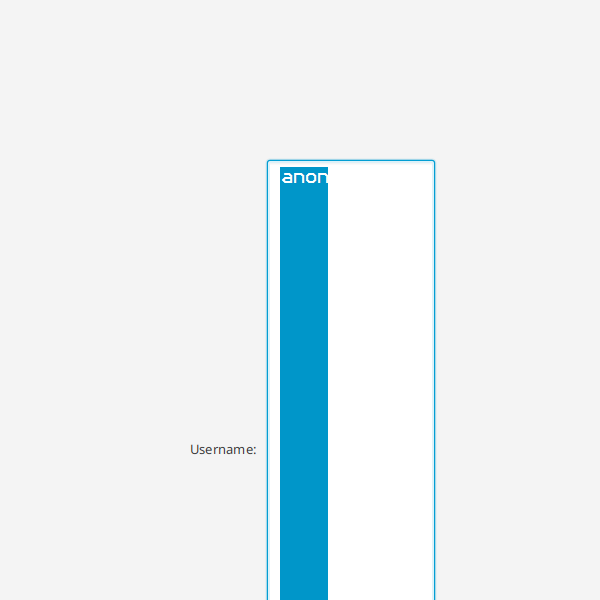
Repository: silic4-ivey/River
Program's window: java RiverClient/src/Main.java
An editor plug-in stored every save of this project. The program's window is shown before and after a run of saves, followed by the edit.
It runs on Java 21 on a 1366 x 768 screen with JavaFX 11; the title bar is not drawn. It also reads RiverClient/resources/fonts/Modeseven-L3n5.ttf, RiverClient/src/resources/fonts/Modeseven-L3n5.ttf.

Above is the program's window before, as saved 2021-08-16 18:13:56.

After the next 4 saves:
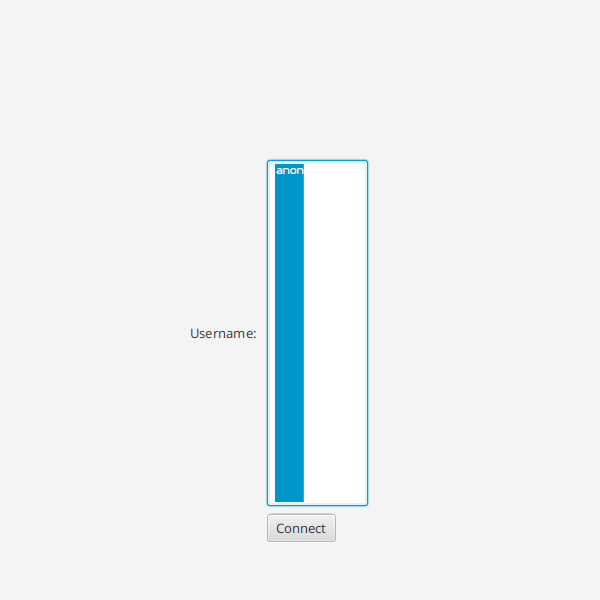
The 4 saves are shown as one change because 3 did not build or start.
The last was saved 7 min 23 s later.
--- a/RiverClient/src/MainUI.java
+++ b/RiverClient/src/MainUI.java
@@ -1,4 +1,6 @@
 import javafx.geometry.Pos;
+import java.io.FileInputStream;
+import java.io.File;
 import javafx.scene.Scene;
 import javafx.scene.control.Button;
 import javafx.scene.layout.StackPane;
@@ -21,7 +23,7 @@
 	private Stage window;
 	private Text textBox = new Text();
 	private final String modeSeven = "Modeseven-L3n5.ttf";
-	private final String fontPath = "/resources/fonts/";
+	private final String fontPath = "./resources/fonts/";
 
 	public MainUI(Stage primaryStage) throws Exception{
 		window = primaryStage;
@@ -29,9 +31,7 @@
 		Label userLbl = new Label("Username:");
 		TextField text = new TextField("anon");
 
-		Font terminalFont =
-	            Font.loadFont(getClass()
-	                .getResourceAsStream(fontPath + modeSeven), 20);
+		Font terminalFont = Font.loadFont(new FileInputStream(new File(fontPath + modeSeven)),12);
 
 		text.setFont(terminalFont);
 
